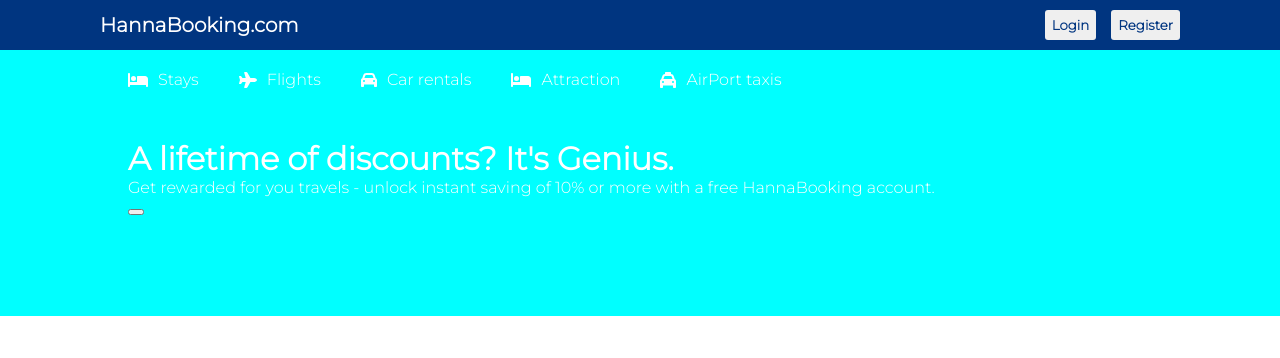
Repository: truongnguyenuit/BookingWebApp
Page: /
These files come from the project's save history. The page is drawn as it stood at one moment and after the next save; the edit follows.
The browser window is 1280 px wide. The pictures show the whole page.
The project was rebuilt for these pictures with package versions that can differ from the ones it lists, and the page was loaded fresh each time.

Above is the page before, as saved 2022-05-26 15:38:10.

After the next save:
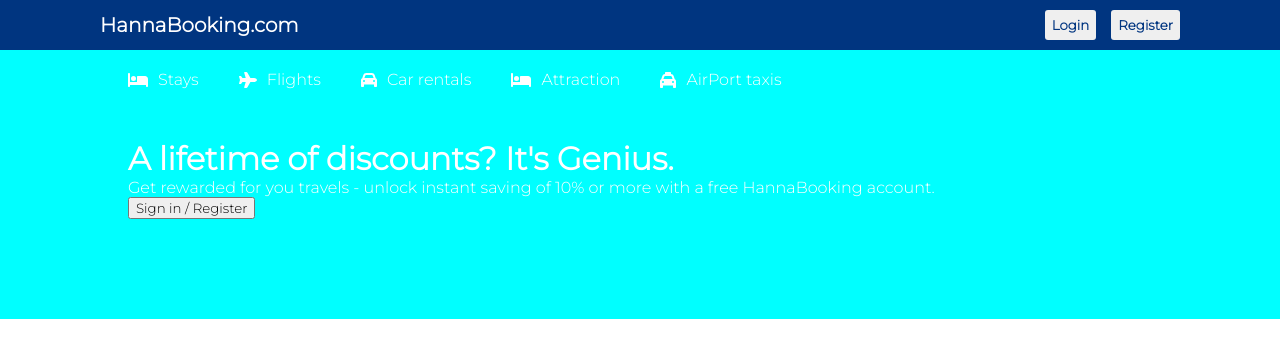
Saved 8 s later.
--- a/src/components/header/Header.jsx
+++ b/src/components/header/Header.jsx
@@ -65,7 +65,7 @@ const Header = ({ type }) => {
                         Get rewarded for you travels - unlock instant saving of 10% or
                         more with a free HannaBooking account.
                     </p>
-                    <button className="headerBtn"></button>
+                    <button className="headerBtn">Sign in / Register</button>
                 </>
             </div>
         </div>
